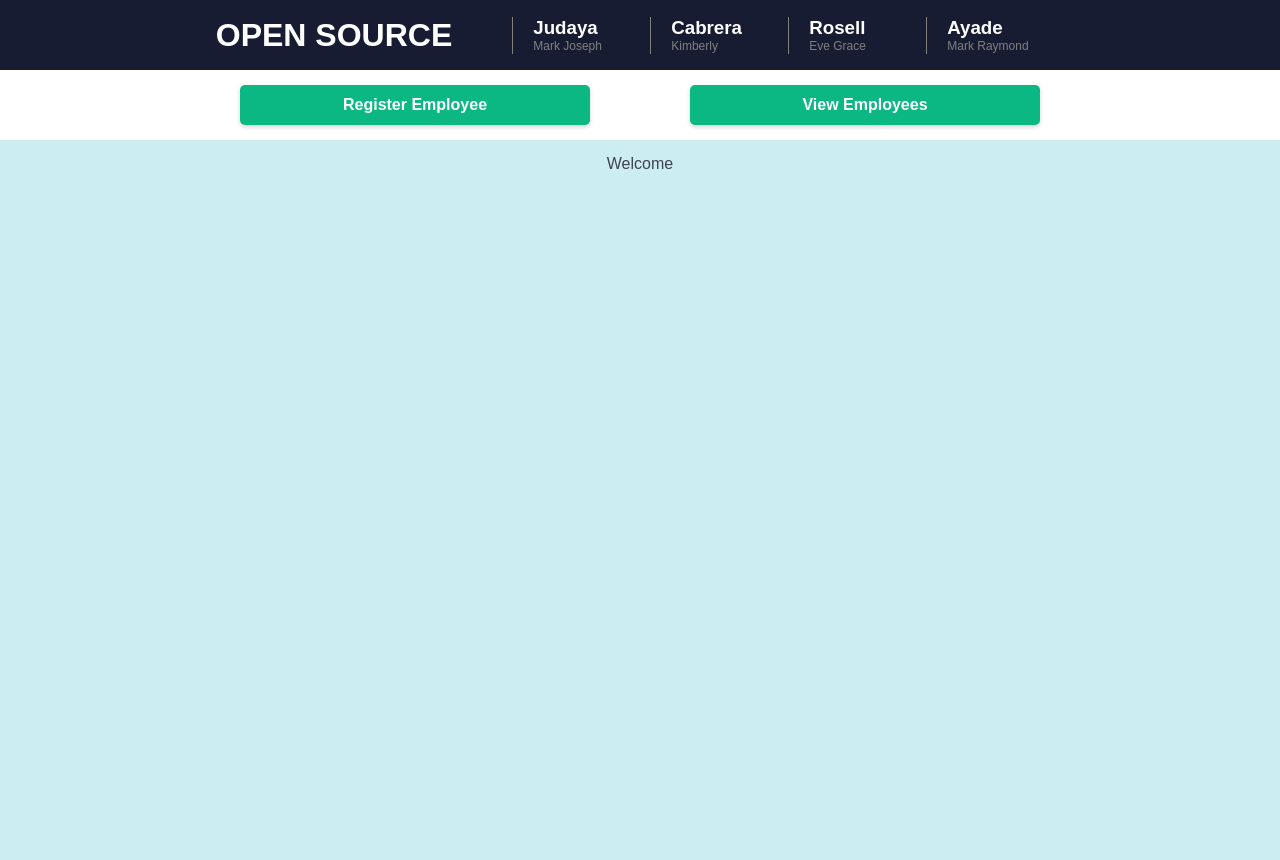
Repository: azkalonz/Int-Prog-2
Page: http://localhost/Int_Prog_2/?page=home
The author's editor kept a copy of each file at every save. The page is drawn from the files as they stood at one save, then again after the next save.
The browser window is 1280 px wide. The pictures show the whole page.
The page is served by Tomcat 9.

Above is the page before, as saved 2021-03-02 12:06:24.

After the next save:
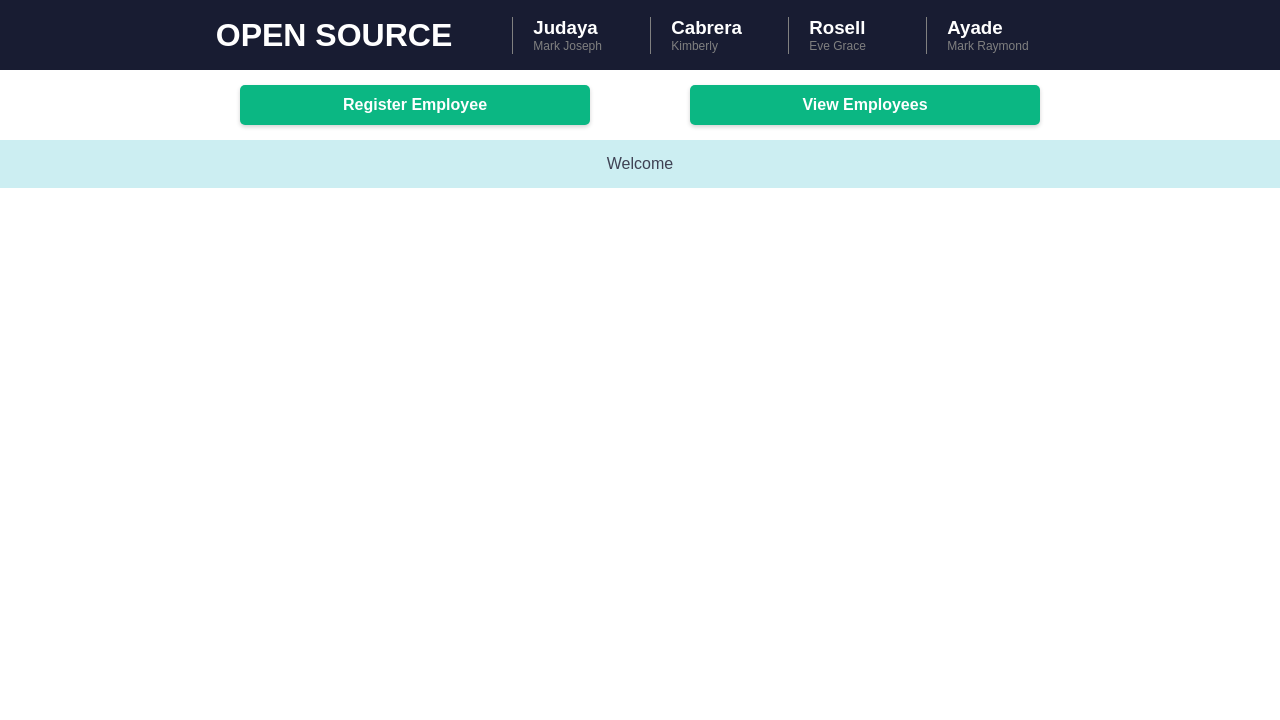
Saved 25 s later.
--- a/Int Prog 2/WebContent/css/style.css
+++ b/Int Prog 2/WebContent/css/style.css
@@ -88,7 +88,6 @@
 
 .thecontent {
   width: 100%;
-  height: 100vh;
   display: flex;
   justify-content: center;
   padding: 15px 0;

After the save that followed:
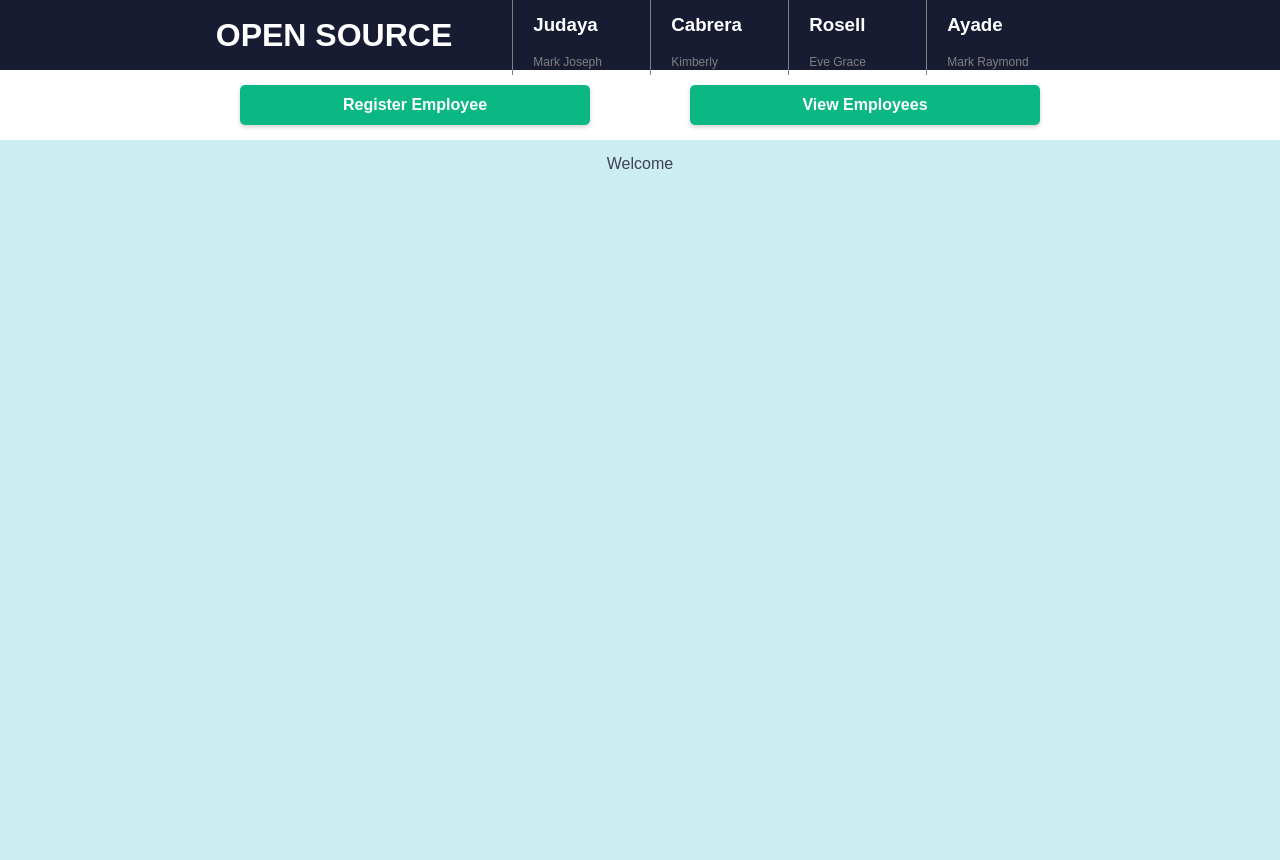
Saved 80 s later.
--- a/Int Prog 2/WebContent/css/style.css
+++ b/Int Prog 2/WebContent/css/style.css
@@ -1,9 +1,13 @@
-* {
+body {
+  background: rgb(204, 238, 242);
   margin: 0;
   padding: 0;
-  box-sizing: border-box;
   font-family: "Poppins", sans-serif;
   color: rgb(63, 66, 84);
+}
+
+* {
+	box-sizing: border-box;
 }
 
 header {
@@ -88,10 +92,10 @@
 
 .thecontent {
   width: 100%;
+  height: 100vh;
   display: flex;
   justify-content: center;
   padding: 15px 0;
-  background: rgb(204, 238, 242);
 }
 
 .formCon {
